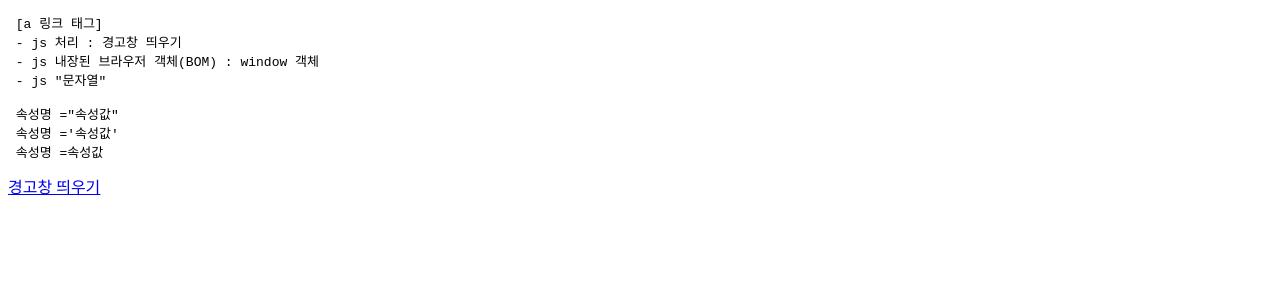
Repository: donggri1/WORKSPACE
Page: WebClass/webPro/src/main/webapp/html/days02/ex10_03.html
An editor plug-in stored every save of this project. The page is shown before and after the next save, followed by the edit.
The browser window is 1280 px wide. The pictures show the whole page.

Above is the page before, as saved 2024-03-25 07:32:13.

### WebClass/webPro/src/main/webapp/html/days02/ex10_03.html
<!DOCTYPE html>
<html>
<head>
<meta charset="UTF-8">
<title>Insert title here</title>
<link rel="shortcut icon" type="image/x-icon" href="http://localhost/webPro/images/SiSt.ico">
</head>
<body>
<pre>
 [a 링크 태그]
 - js 처리 : 경고창 띄우기
 - js 내장된 브라우저 객체(BOM) : window 객체
 - js "문자열"

 속성명 ="속성값"
 속성명 ='속성값'
 속성명 =속성값
</pre>
<a href='javascript:window.alert("경고창 메시지 ");'>경고창 띄우기</a>

</body>
</html>

After the next save:
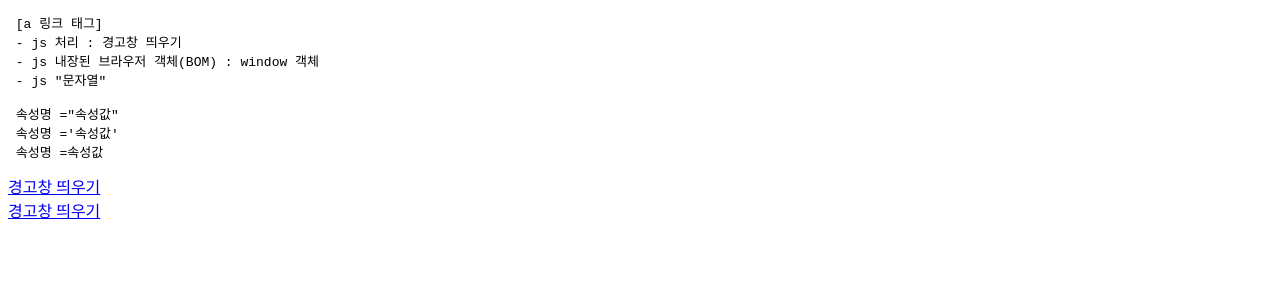
Saved 45 s later.
--- a/WebClass/webPro/src/main/webapp/html/days02/ex10_03.html
+++ b/WebClass/webPro/src/main/webapp/html/days02/ex10_03.html
@@ -17,6 +17,8 @@
  속성명 =속성값
 </pre>
 <a href='javascript:window.alert("경고창 메시지 ");'>경고창 띄우기</a>
-
+<br>
+<a href='javascript:alert("경고창 메시지 ");'>경고창 띄우기</a>
+<br>
 </body>
 </html>
